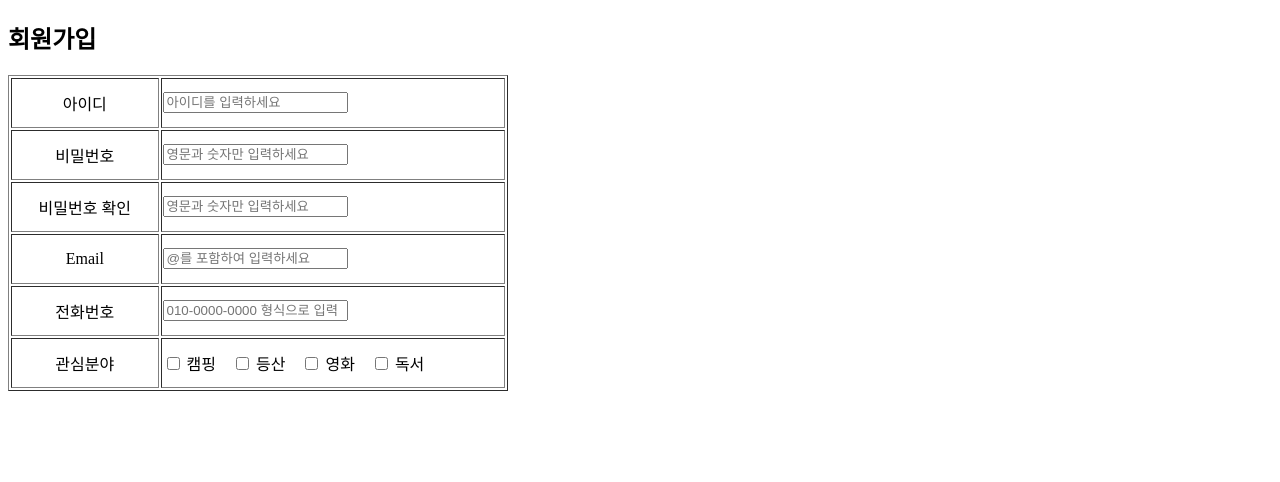
Repository: junirang330/Jsp2026
Page: http://localhost/chapter01/Request/Requestjoin.jsp
These files come from the project's save history. The page is drawn as it stood at one moment and after the next save; the edit follows.
The browser window is 1280 px wide. The pictures show the whole page.
The page is served by Tomcat 9.

Above is the page before, as saved 2026-10-19 06:43:12.

### chapter01/src/main/webapp/Request/Requestjoin.jsp
<%@ page language="java" contentType="text/html; charset=UTF-8"
    pageEncoding="UTF-8" import = "java.util.*" %>
<!DOCTYPE html>
<html>
<head>
<meta charset="UTF-8">
<title>회원가입</title>
</head>
<body>
	<div class="container02">
		<h2>회원가입</h2>
		<form action="RequestjoinProc.jsp" method = "post">
			<table width="500" border="1">
				<tr height = "50">
					<td align = "center" width = "150">아이디</td>
					<td width = "350">
						<input type = "text" name = "id" placeholder = "아이디를 입력하세요"/>
					</td>
				</tr>
				<tr height = "50">
					<td align = "center" width = "150">비밀번호</td>
					<td width = "350">
						<input type = "password" name = "pass" placeholder = "영문과 숫자만 입력하세요"/>
					</td>

				</tr>
				<tr height = "50">
					<td align = "center" width = "150">비밀번호 확인</td>
					<td width = "350">
						<input type = "password" name = "passchk" placeholder = "영문과 숫자만 입력하세요"/>
					</td>
				</tr>
				<tr height = "50">
					<td align = "center" width = "150">Email</td>
					<td width = "350">
						<input type = "email" name = "email" placeholder = "@를 포함하여 입력하세요"/>
					</td>
				</tr>
				<tr height = "50">
					<td align = "center" width = "150">전화번호</td>
					<td width = "350">
						<input type = "tel" name = "tel" placeholder = "010-0000-0000 형식으로 입력"/>
					</td>
				</tr>
				<tr height = "50">
					<td align = "center" width = "150">관심분야</td>
					<td width = "350">
						<input type = "checkbox" name = "hobby" value = "캠핑" id ="camping"/>
						<label for="camping">캠핑</label> &nbsp;&nbsp;
						<input type = "checkbox" name = "hobby" value = "등산" id ="mount"/>
						<label for="mount">등산</label> &nbsp;&nbsp;
						<input type = "checkbox" name = "hobby" value = "영화" id ="movie"/>
						<label for="movie">영화</label> &nbsp;&nbsp;
						<input type = "checkbox" name = "hobby" value = "독서" id ="book"/>
						<label for="book">독서</label> &nbsp;&nbsp;
					</td>
				</tr>
			</table>
		</form>
	</div>

</body>
</html>

After the next save:
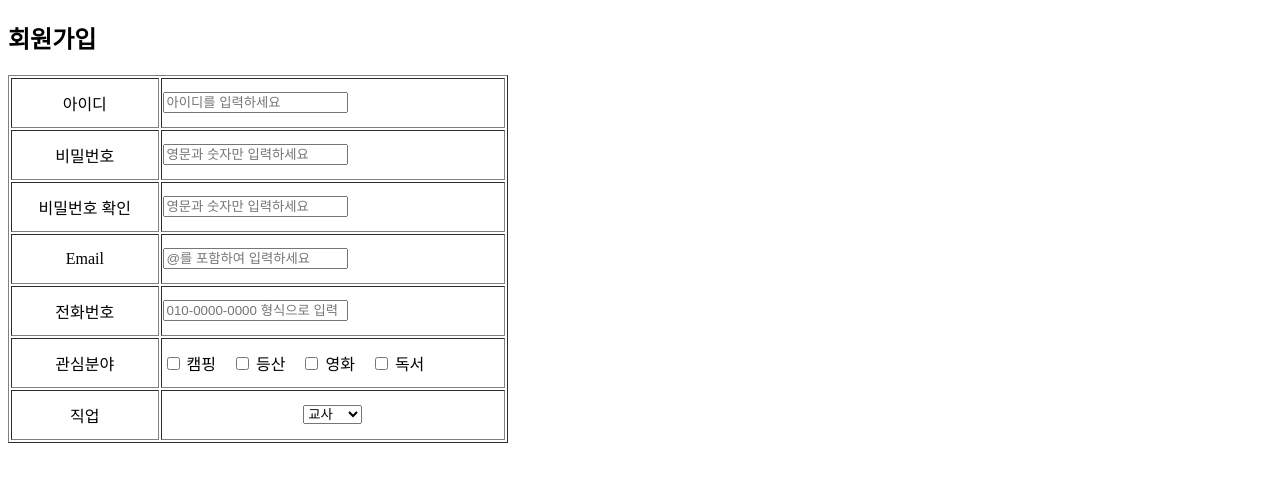
Saved 2 min 8 s later.
--- a/chapter01/src/main/webapp/Request/Requestjoin.jsp
+++ b/chapter01/src/main/webapp/Request/Requestjoin.jsp
@@ -55,6 +55,17 @@
 						<label for="book">독서</label> &nbsp;&nbsp;
 					</td>
 				</tr>
+				<tr height="50">
+					<td width="150" align = "center">직업</td>
+					<td width="350" align = "center">
+						<select name = "job">
+							<option value="교사">교사</option>
+							<option value="변호사">변호사</option>
+							<option value="의사">의사</option>
+							<option value="기술사">기술사</option>
+						</select>
+					</td>
+				</tr>
 			</table>
 		</form>
 	</div>
